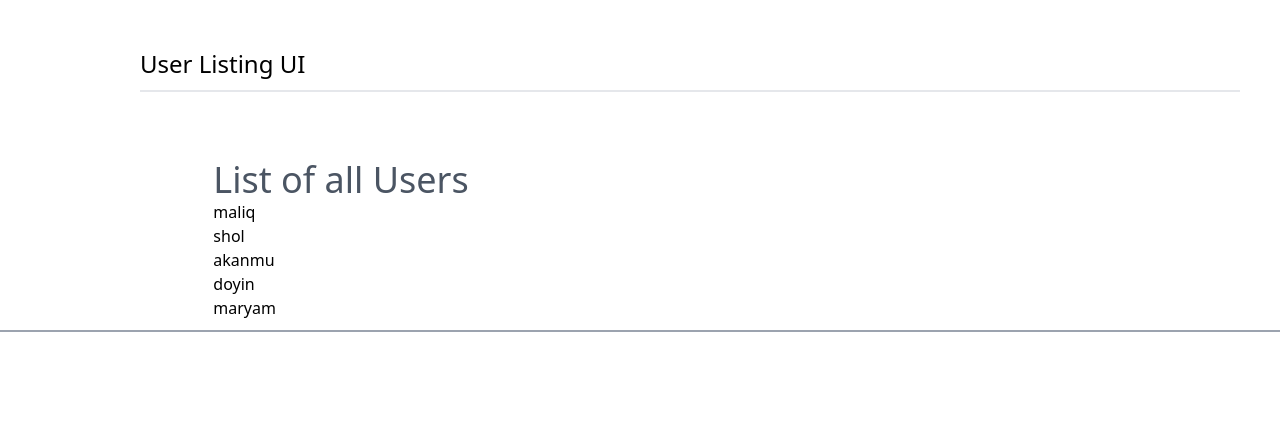
Repository: Marlstergo/listings
Page: / (app in client/)
The author's editor kept a copy of each file at every save. The page is drawn from the files as they stood at one save, then again after the next save.
The browser window is 1280 px wide. The pictures show the whole page.
The project was rebuilt for these pictures with package versions that can differ from the ones it lists, and the page was loaded fresh each time. Also part of the build but not shown: client/craco.config.js, client/src/components/Loader.js, client/src/components/Order.js, client/src/components/Modal.js. Imported but missing from the stored project, and not drawn on this page: client/src/components/Base, client/src/components/Toppings.

Above is the page before, as saved 2021-07-20 21:59:38.

### client/src/index.js
/* eslint-disable no-unused-vars */
import React from "react";
import ReactDOM from "react-dom";
import "./index.css";
import App from "./App";
import reportWebVitals from "./reportWebVitals";
import { BrowserRouter } from "react-router-dom";
import { Provider } from "react-redux";
import { store } from "./redux/store";
import { PersistGate } from "redux-persist/integration/react";
import { persistor } from "./redux/store";

ReactDOM.render(
  <React.StrictMode>
    <Provider store={store}>
      <BrowserRouter>
        <PersistGate persistor={persistor}>
          <App />
        </PersistGate>
      </BrowserRouter>
    </Provider>
  </React.StrictMode>,
  document.getElementById("root")
);

// If you want to start measuring performance in your app, pass a function
// to log results (for example: reportWebVitals(console.log))
// or send to an analytics endpoint. Learn more: https://bit.ly/CRA-vitals
reportWebVitals();

### client/src/App.js
import React, { useState } from 'react';
import { Route, Switch, useLocation } from "react-router-dom";
import Header from './components/Header';
import Home from './components/Home';
import Base from './components/Base';
import Toppings from './components/Toppings';
import Order from './components/Order';
import Modal from './components/Modal';
import { AnimatePresence } from 'framer-motion';

function App() {
  const location = useLocation();
  const showModal = true;

  return (
    <>
      <Header />
      {/* <Modal showModal={showModal} /> */}
      <AnimatePresence exitBeforeEnter>
        <Switch location={location} key={location.key}>
          <Route path="/">
            <Home />
          </Route>
          <Route path="/createUpdateUser">
            <Toppings />
          </Route>
          <Route path="/order">
            <Order />
          </Route>
          <Route path="/">
            <Home />
          </Route>
        </Switch>
      </AnimatePresence>

    </>
  );
}

export default App;

### client/src/redux/store.js
import { createStore, applyMiddleware } from "redux";
import { logger } from 'redux-logger';
import {persistStore} from 'redux-persist';
// import thunk from 'redux-thunk'
import createSagaMiddleware from 'redux-saga'

import rootSaga from './root-sagas'

import rootReducer from './root-reducer';

const sagaMiddleware = createSagaMiddleware()

const middleware = [sagaMiddleware];

if( process.env.NODE_ENV === 'development'){
    middleware.push(logger)
}

export const store = createStore(rootReducer, applyMiddleware(...middleware))

sagaMiddleware.run(rootSaga)

export const persistor = persistStore(store)

export default (store, persistor);

### client/src/components/Header.js
import React from 'react';
import { motion } from 'framer-motion';

const svgVariants = {
  hidden: { rotate: -180 },
  visible: {
    rotate: 0,
    transition: { duration : 1 }
  },
}

const pathVariants = {
  hidden: {
    opacity: 0,
    pathLength: 0,
  },
  visible: {
    opacity: 1,
    pathLength: 1,
    transition: {
      duration: 2,
      ease: "easeInOut",
    }
  }
};


const Header = () => {
  return (
    <header className='flex p-[40px]  items-center'>
      <motion.div className="logo"
        drag
        dragConstraints={{ left: 0, top: 0, right: 0, bottom: 0 }}
        dragElastic={0.7}
      >
        <motion.svg className="w-[80px] overflow-visible" xmlns="http://www.w3.org/2000/svg" viewBox="0 0 100 100"
          variants={svgVariants}
          initial="hidden"
          animate="visible"
        >
          <motion.path
            fill="none"
            d="M40 40 L80 40 C80 40 80 80 40 80 C40 80 0 80 0 40 C0 40 0 0 40 0Z"
            variants={pathVariants}
          />
          <motion.path
            fill="none"
            d="M50 30 L50 -10 C50 -10 90 -10 90 30 Z"
            variants={pathVariants}
          />
        </motion.svg>
      </motion.div>
      <motion.div className=" flex-grow ml-[20px] text-xs"
        initial={{ y: -250}}
        animate={{ y: -10 }}
        transition={{ delay: 0.2, type: 'spring', stiffness: 120 }}
      >
        <h1 className="border-b-2 pb-[10px] text-2xl">User Listing UI</h1>
      </motion.div>
    </header>
  )
}

export default Header;

### client/src/components/Home.js
import React from "react";
import { Link } from "react-router-dom";
import { motion } from "framer-motion";
import Loader from "./Loader";

const buttonVariants = {
  hover: {
    scale: 1.1,
    textShadow: "0px 0px 8px rgb(255,255,255)",
    boxShadow: "0px 0px 8px rgb(255,255,255)",
    transition: {
      duration: 0.3,
      yoyo: 5,
    },
  },
};

const containerVariants = {
  hidden: {
    opacity: 0,
  },
  visible: {
    opacity: 1,
    transition: { delay: 1.5, duration: 1.5 },
  },
  exit: {
    x: "-100vh",
    transition: { ease: "easeInOut" },
  },
};
const users = ["maliq", "shol", "akanmu", "doyin", "maryam"];
const Home = () => {
  return (
    <motion.div
      className="  pb-[10px] mb-[10px] border-b-2 border-gray-400 flex flex-col items-center"
      variants={containerVariants}
      initial="hidden"
      animate="visible"
      exit="exit"
    >
      <div className="w-2/3 ">
        <h2 className="text-4xl text-gray-600">List of all Users</h2>
        <ul>
          {users.map(
            (user) => (
              <li>{user}</li>
            )
          )}

        </ul>
        {/* <table className="min-w-full divide-y divide-gray-200">
          <thead>
            <tr>
              <th className="px-6 py-3 bg-gray-50 text-left text-xs font-medium text-gray-500 uppercase tracking-wider">
                Transaction
              </th>
              <th className="px-6 py-3 bg-gray-50 text-right text-xs font-medium text-gray-500 uppercase tracking-wider">
                Amount
              </th>
              <th className="hidden px-6 py-3 bg-gray-50 text-left text-xs font-medium text-gray-500 uppercase tracking-wider md:block">
                Status
              </th>
              <th className="px-6 py-3 bg-gray-50 text-right text-xs font-medium text-gray-500 uppercase tracking-wider">
                Date
              </th>
            </tr>
          </thead>
        </table> */}
      </div>
    </motion.div>
  );
};

export default Home;

### client/src/redux/root-sagas.js
import {all, call} from 'redux-saga/effects'
import {userSagas} from './user/user.sagas'


export default function* rootSaga(){
    yield all([
        call(userSagas),
    ])
}

### client/src/redux/root-reducer.js
import {combineReducers} from 'redux'
import userReducer from './user/user.reducer'
// import cartReducer from './cart/cart.reducer'
import {persistReducer} from 'redux-persist'
import storage from 'redux-persist/lib/storage'
// import directoryReducer from './directory/directory.reducer'
// import shopReducer from './shop/shop.reducer'

const persistConfig ={
    key: 'root',
    storage,
    whitelist: ['' ]
}
const rootReducer = combineReducers({
    user: userReducer,

})
export default persistReducer(persistConfig, rootReducer)

### client/src/redux/user/user.sagas.js
import { all, call, put, takeLatest } from "redux-saga/effects";

import UserActionTypes from "./user.types";
import { loadUserDetail } from "./user.action";
// import axios from "axios";
// import { getUserDetailsURL } from "../../components/stringConstants";

export function* getDetails() {
  yield console.log("i fired");

  // try {
  //   console.log("inside try");

  //   const res = yield axios.get(getUserDetailsURL);
  //   const data = yield res.data;
  //   console.log(res);
  //   yield put(loadUserDetail(data ? data.data[0] : {}));
  // } catch (err) {
  //   console.log(err.response);
  //   if (err.response && err.response.statusText === "Not Found") {
  //     // console.log("");
  //     window.location.href = "/profile/settings?newUser=0837";
  //   }
  // }
}

export function* getUserDetails() {
  yield takeLatest(UserActionTypes.GET_USER_DETAIL, getDetails);
}
// export function* loadUserDetails(){
//     yield takeLatest(UserActionTypes.LOAD_USER_DETAIL, loadDetails)
// }

export function* userSagas() {
  yield all([call(getUserDetails)]);
}

### client/src/redux/user/user.reducer.js
import UserActionTypes from "./user.types";
const INITIAL_STATE = {
  // currentUser: null,
  userDetail: {},
  demo: 'i am demo',
  location: null

};
const userReducer = (state = INITIAL_STATE, action) => {
  switch (action.type) {

    case UserActionTypes.LOAD_USER_DETAIL:
      return {
        ...state,
        userDetail: action.payload,
      };

    case UserActionTypes.COLLECT_GEOLOCATION:
      return {
        ...state,
        location: action.payload
      }
    default:
      return state;
  }
};

export default userReducer;

### client/src/redux/user/user.types.js
const UserActionTypes ={
    GOOGLE_SIGN_IN_START : 'GOOGLE_SIGN_IN_START',
    SIGN_IN_SUCCESS : 'SIGN_IN_SUCCESS',
    SIGN_IN_FAILURE : 'SIGN_IN_FAILURE',
    GET_USER_DETAIL: 'GET_USER_DETAIL',
    LOAD_USER_DETAIL: 'LOAD_USER_DETAIL',
    COLLECT_GEOLOCATION: 'COLLECT_GEOLOCATION',
    FETCH_GEOLOCATION: 'FETCH_GEOLOCATION'
}
export default UserActionTypes;

### client/src/redux/user/user.action.js
import UserActionTypes from './user.types'



// export const googleSignInStart = () => ({
//     type: UserActionTypes.GOOGLE_SIGN_IN_START
// })

// export const signInSuccess = (user) => ({
//     type: UserActionTypes.SIGN_IN_SUCCESS,
//     payload: user
// })

export const getUserDetail = () => ({
    type: UserActionTypes.GET_USER_DETAIL,

})
export const loadUserDetail = (details) => ({
    type: UserActionTypes.LOAD_USER_DETAIL,
    payload: details
})

export const fetchGeoloction = () => ({
    type: UserActionTypes.FETCH_GEOLOCATION
})
export const collectGeolocation = (location) => ({
    type: UserActionTypes.COLLECT_GEOLOCATION,
    payload: location
})
// })

### client/tailwind.config.js
  // tailwind.config.js
  module.exports = {
    mode:'jit',
    purge: ['./src/**/*.{js,jsx,ts,tsx}', './public/index.html'],
     darkMode: false, // or 'media' or 'class'
     theme: {
       extend: {},
     },
     variants: {
       extend: {},
     },
     plugins: [],
   }

Loaded but not shown: client/public/index.html (common file); client/src/index.css (common file); client/src/reportWebVitals.js (common file)

After the next save:
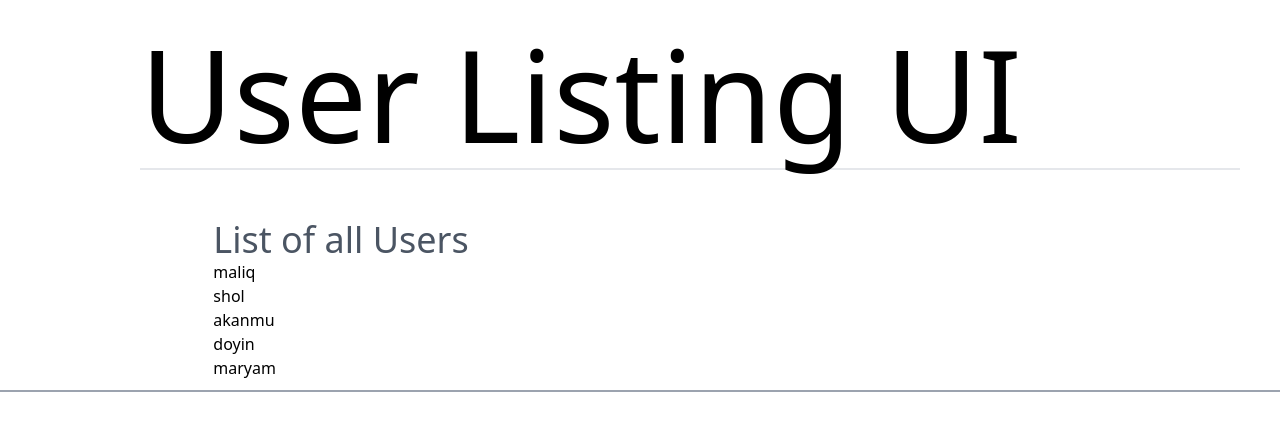
Saved 33 s later.
--- a/client/src/components/Header.js
+++ b/client/src/components/Header.js
@@ -55,7 +55,7 @@ const Header = () => {
         animate={{ y: -10 }}
         transition={{ delay: 0.2, type: 'spring', stiffness: 120 }}
       >
-        <h1 className="border-b-2 pb-[10px] text-2xl">User Listing UI</h1>
+        <h1 className="border-b-2 pb-[10px] text-9xl">User Listing UI</h1>
       </motion.div>
     </header>
   )
